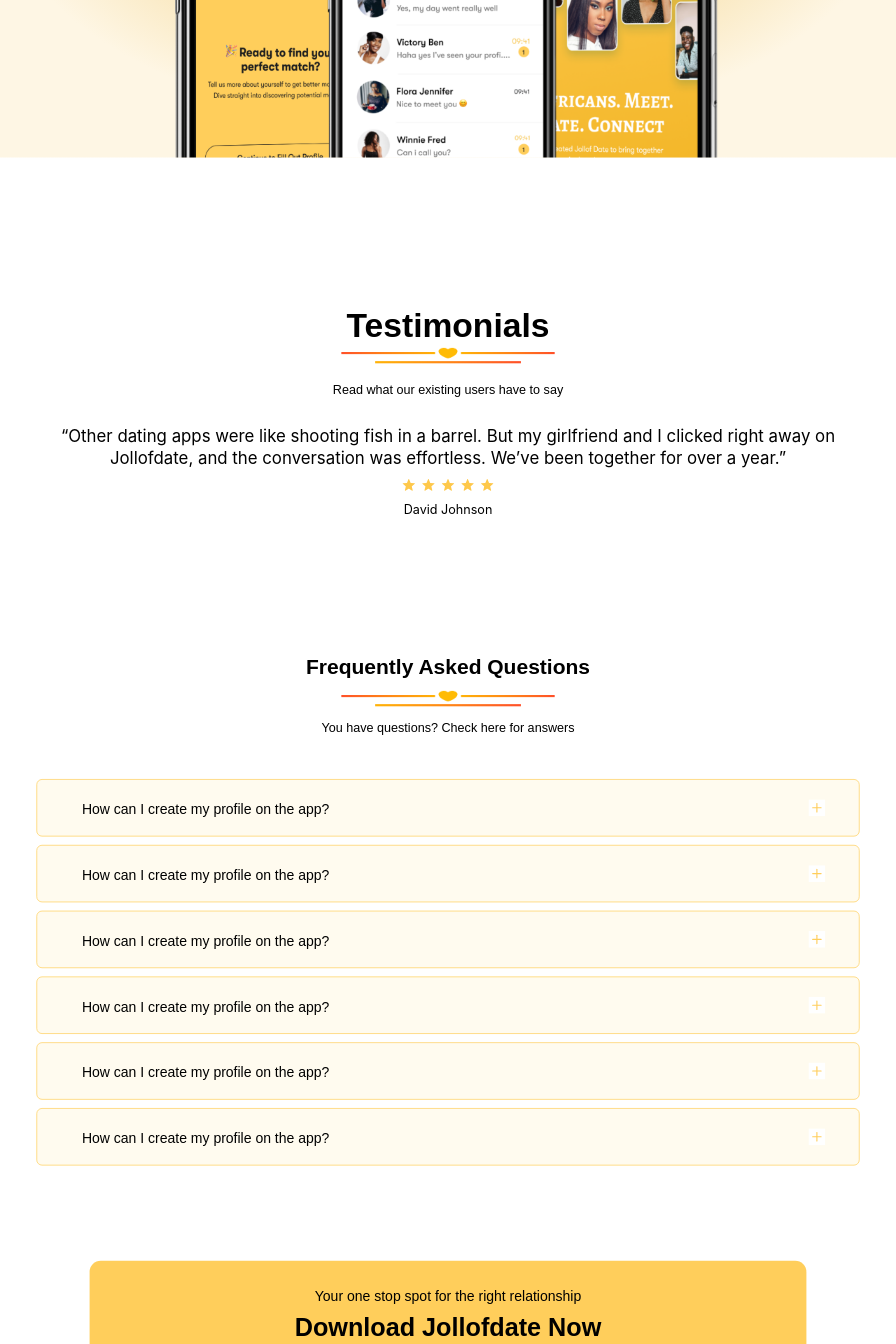
Repository: FarhanNasiru/jollofdate-frontend
Page: /
The author's editor kept a copy of each file at every save. The page is drawn from the files as they stood at one save, then again after the next save.
The browser window is 1280 px wide. The pictures show the part of the page from y = 4580 to 6500 px (the page is 7416 px tall before and 7396 px after), at 70% of full size.
Some web fonts or font styles are not loaded; a fallback is used. The project was rebuilt for these pictures with package versions that can differ from the ones it lists, and the page was loaded fresh each time. Also part of the build but not shown: vite.config.js, src/Pages/Footer2.jsx, src/components/Header2.jsx, src/Pages/privacy.jsx, src/Pages/Term.jsx.

Above is the page before, as saved 2024-08-20 16:27:10.

After the next save:
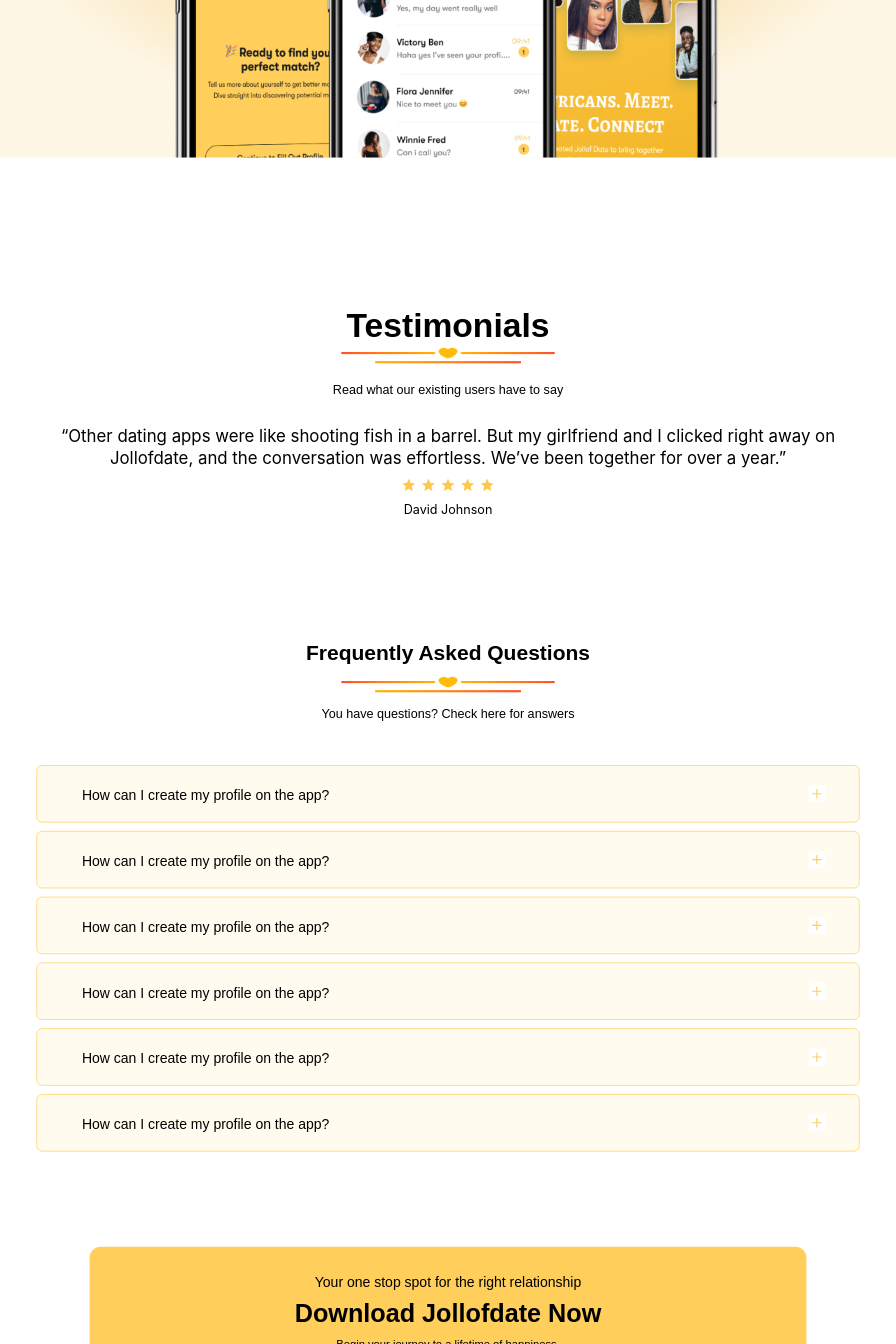
Saved 19 s later.
--- a/src/components/Faq.jsx
+++ b/src/components/Faq.jsx
@@ -23,7 +23,7 @@
   return (
     <section id="frequently-asked-questions" className="pb-14 sm:px-9">
       <div className="sm:pb-20 md:pb-12">
-        <h2 className="text-2xl md:text-3xl font-bold text-center pt-16">
+        <h2 className="text-2xl md:text-3xl font-bold text-center pt-11">
           Frequently Asked Questions
         </h2>
         <div className="flex justify-center py-4">
